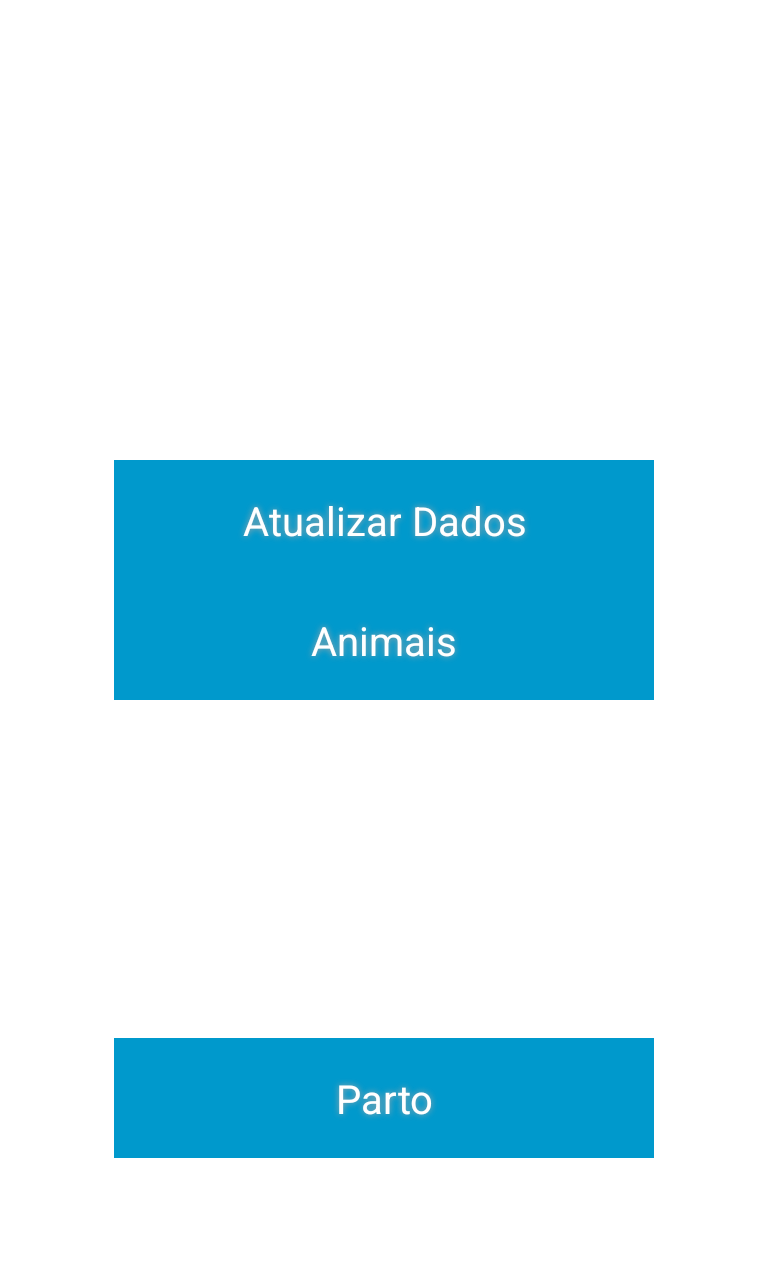
Repository: vpamaral/TaurusMobile
Layout: TaurusMobile/res/layout/activity_main.xml
The author's editor kept a copy of each file at every save. The layout is drawn from the files as they stood at one save, then again after the next save.
It is drawn on a 768 x 1280 px phone screen (xhdpi) without system bars, with theme AppTheme; the app's code is not run.

Above is the layout before, as saved 2015-05-14 16:53:10.

### TaurusMobile/res/layout/activity_main.xml
<RelativeLayout xmlns:android="http://schemas.android.com/apk/res/android"
    xmlns:tools="http://schemas.android.com/tools"
    android:layout_width="match_parent"
    android:layout_height="match_parent"
    android:paddingBottom="@dimen/activity_vertical_margin"
    android:paddingLeft="@dimen/activity_horizontal_margin"
    android:paddingRight="@dimen/activity_horizontal_margin"
    android:paddingTop="@dimen/activity_vertical_margin"
    tools:context="br.com.taurusmobile.ui.MainActivity" >

    <Button
        android:id="@+id/btn_animal"
        android:layout_width="270dp"
        android:layout_height="60dp"
        android:layout_alignLeft="@+id/btn_atualiza"
        android:layout_centerHorizontal="true"
        android:layout_centerVertical="true"
        android:background="@drawable/btn_selector"
        android:shadowColor="#A8A8A8"
        android:shadowDx="0"
        android:shadowDy="0"
        android:shadowRadius="5"
        android:text="Animais"
        android:textColor="#FFFFFF"
        android:textSize="20sp" />

    <Button
        android:id="@+id/btn_atualiza"
        android:layout_width="270dp"
        android:layout_height="60dp"
        android:layout_above="@+id/btn_animal"
        android:layout_centerHorizontal="true"
        android:background="@drawable/btn_selector"
        android:shadowColor="#A8A8A8"
        android:shadowDx="0"
        android:shadowDy="0"
        android:shadowRadius="5"
        android:text="Atualizar Dados"
        android:textColor="#FFFFFF"
        android:textSize="20sp" />

    <Button
        android:id="@+id/btn_parto"
        android:layout_width="270dp"
        android:layout_height="60dp"
        android:layout_alignLeft="@+id/btn_animal"
        android:layout_alignParentBottom="true"
        android:layout_marginBottom="45dp"
        android:background="@drawable/btn_selector"
        android:shadowColor="#A8A8A8"
        android:shadowDx="0"
        android:shadowDy="0"
        android:shadowRadius="5"
        android:text="Parto"
        android:textColor="#FFFFFF"
        android:textSize="20sp" />

</RelativeLayout>

### TaurusMobile/res/drawable/btn_selector.xml
<?xml version="1.0" encoding="utf-8"?>
<selector xmlns:android="http://schemas.android.com/apk/res/android" android:shape="rectangle">
    <item android:drawable="@android:color/holo_blue_light" android:state_pressed="true"/>
     <item android:drawable="@android:color/holo_blue_dark"/>
</selector>

Loaded but not shown: TaurusMobile/res/values/styles.xml (common file); TaurusMobile/res/values-v11/styles.xml (common file); TaurusMobile/res/values-v14/styles.xml (common file); TaurusMobile/res/values/dimens.xml (common file); TaurusMobile/res/values-w820dp/dimens.xml (common file)

After the next save:
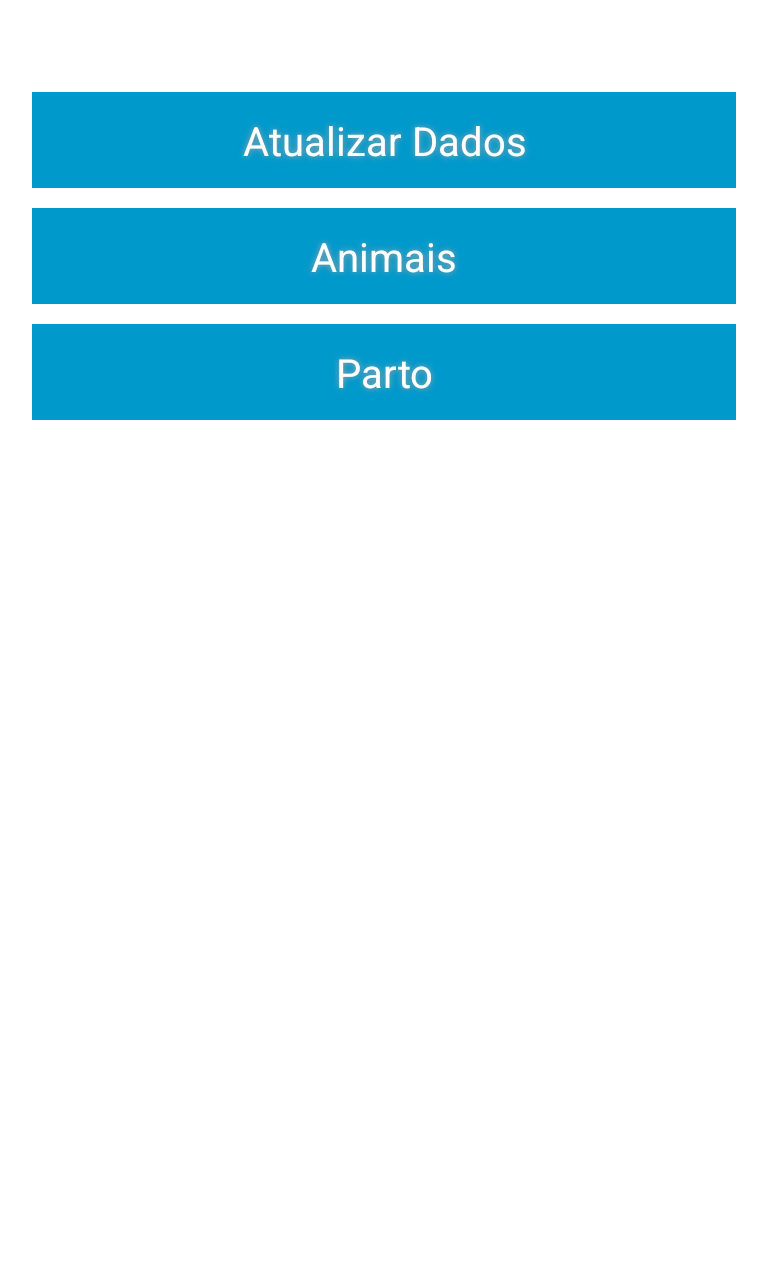
Saved 47 s later.
--- a/TaurusMobile/res/layout/activity_main.xml
+++ b/TaurusMobile/res/layout/activity_main.xml
@@ -1,58 +1,72 @@
-<RelativeLayout xmlns:android="http://schemas.android.com/apk/res/android"
+<LinearLayout xmlns:android="http://schemas.android.com/apk/res/android"
     xmlns:tools="http://schemas.android.com/tools"
     android:layout_width="match_parent"
     android:layout_height="match_parent"
+    android:orientation="vertical"
     android:paddingBottom="@dimen/activity_vertical_margin"
     android:paddingLeft="@dimen/activity_horizontal_margin"
     android:paddingRight="@dimen/activity_horizontal_margin"
     android:paddingTop="@dimen/activity_vertical_margin"
     tools:context="br.com.taurusmobile.ui.MainActivity" >
 
-    <Button
-        android:id="@+id/btn_animal"
-        android:layout_width="270dp"
-        android:layout_height="60dp"
-        android:layout_alignLeft="@+id/btn_atualiza"
-        android:layout_centerHorizontal="true"
-        android:layout_centerVertical="true"
-        android:background="@drawable/btn_selector"
-        android:shadowColor="#A8A8A8"
-        android:shadowDx="0"
-        android:shadowDy="0"
-        android:shadowRadius="5"
-        android:text="Animais"
-        android:textColor="#FFFFFF"
-        android:textSize="20sp" />
+    <LinearLayout
+        android:id="@+id/linearLayout1"
+        android:layout_width="fill_parent"
+        android:layout_height="wrap_content" >
 
-    <Button
-        android:id="@+id/btn_atualiza"
-        android:layout_width="270dp"
-        android:layout_height="60dp"
-        android:layout_above="@+id/btn_animal"
-        android:layout_centerHorizontal="true"
-        android:background="@drawable/btn_selector"
-        android:shadowColor="#A8A8A8"
-        android:shadowDx="0"
-        android:shadowDy="0"
-        android:shadowRadius="5"
-        android:text="Atualizar Dados"
-        android:textColor="#FFFFFF"
-        android:textSize="20sp" />
+        <Button
+            android:id="@+id/btn_atualiza"
+            android:layout_width="match_parent"
+            android:layout_height="wrap_content"
+            android:layout_marginTop="30dp"
+            android:background="@drawable/btn_selector"
+            android:shadowColor="#A8A8A8"
+            android:shadowDx="0"
+            android:shadowDy="0"
+            android:shadowRadius="5"
+            android:text="Atualizar Dados"
+            android:textColor="#FFFFFF"
+            android:textSize="20sp" />
+    </LinearLayout>
 
-    <Button
-        android:id="@+id/btn_parto"
-        android:layout_width="270dp"
-        android:layout_height="60dp"
-        android:layout_alignLeft="@+id/btn_animal"
-        android:layout_alignParentBottom="true"
-        android:layout_marginBottom="45dp"
-        android:background="@drawable/btn_selector"
-        android:shadowColor="#A8A8A8"
-        android:shadowDx="0"
-        android:shadowDy="0"
-        android:shadowRadius="5"
-        android:text="Parto"
-        android:textColor="#FFFFFF"
-        android:textSize="20sp" />
+    <LinearLayout
+        android:id="@+id/linearLayout2"
+        android:layout_width="fill_parent"
+        android:layout_height="wrap_content" >
 
-</RelativeLayout>
+        <Button
+            android:id="@+id/btn_animal"
+            android:layout_width="match_parent"
+            android:layout_height="wrap_content"
+            android:layout_marginTop="10dp"
+            android:background="@drawable/btn_selector"
+            android:shadowColor="#A8A8A8"
+            android:shadowDx="0"
+            android:shadowDy="0"
+            android:shadowRadius="5"
+            android:text="Animais"
+            android:textColor="#FFFFFF"
+            android:textSize="20sp" />
+    </LinearLayout>
+
+    <LinearLayout
+        android:id="@+id/linearLayout3"
+        android:layout_width="fill_parent"
+        android:layout_height="wrap_content" >
+
+        <Button
+            android:id="@+id/btn_parto"
+            android:layout_width="match_parent"
+            android:layout_height="wrap_content"
+            android:layout_marginTop="10dp"
+            android:background="@drawable/btn_selector"
+            android:shadowColor="#A8A8A8"
+            android:shadowDx="0"
+            android:shadowDy="0"
+            android:shadowRadius="5"
+            android:text="Parto"
+            android:textColor="#FFFFFF"
+            android:textSize="20sp" />
+    </LinearLayout>
+
+</LinearLayout>
